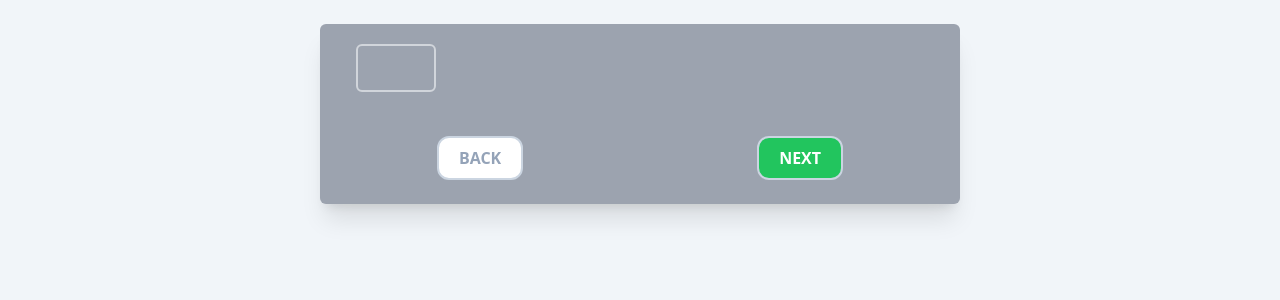
Repository: OmniaRafat232111121/reactstepper
Page: /
An editor plug-in stored every save of this project. The page is shown before and after a run of saves, followed by the edit.
The browser window is 1280 px wide. The pictures show the whole page.
The project was rebuilt for these pictures with package versions that can differ from the ones it lists, and the page was loaded fresh each time. Also part of the build but not shown: src/App.css.

Above is the page before, as saved 2023-02-22 00:01:46.

### src/index.css
@tailwind base;
@tailwind components;
@tailwind utilities;


body {
  background: #f1f5f9;
}

code {
  font-family: source-code-pro, Menlo, Monaco, Consolas, 'Courier New',
    monospace;
}

### src/App.js

import './App.css';
import Stepper from './Component/Stepper';
import StepperControl from './Component/StepperControl';
function App() {
  return (
    <div className="md:w-1/2 mx-auto  rounded-md shadow-xl bg-gray-400 pb-2 mt-5">
     {/*stepper*/}
    <div className='container horizontal mt-5'>
    <Stepper/>
    </div>
     {/*StepperCOntrol*/}
     <StepperControl/>
    </div>
  );
}

export default App;

### src/Component/Stepper.js
import React from 'react'

const Stepper = () => {
  return (
    <div className=' mx-4 my-6 p-5 flex justify-between items-center'>
        <div className='relative flex flex-col items-center text-teal-500'>
        <div className='rounded-full transition duration-200 ease-in-out rounded-md border-2 border-gray-300 h-12 w-20 flex items-center justify-center py-3'>{/* Display number*/ }
        </div>
      <div>
        {/* Display decsription*/ }
      </div>
        <div>
        {/* Display line*/ }
        </div>
        </div>

    </div>
  )
}

export default Stepper

### src/Component/StepperControl.js
import React from 'react'

const StepperControl = () => {
  return (
    <div className='container  flex justify-around mt-5 mb-4'>
       {/*back button*/}
       <button className='bg-white text-slate-400 font-semibold  uppercase px-5 py-2  rounded-xl
       cursor-pointer border-2 border-slate-300 hover:bg-slate-700 hover:text-white transition duration-200 ease-in-out'>
       Back
       </button>
        {/*next button*/}
        <button className='bg-green-500 text-white font-semibold  uppercase px-5 py-2  rounded-xl
        cursor-pointer border-2 border-slate-300 hover:bg-slate-700 hover:text-white transition duration-200 ease-in-out'>
        Next
        </button>
    </div>
  )
}

export default StepperControl

Loaded but not shown: public/index.html (common file); src/index.js (common file); tailwind.config.js (common file)

After the next 2 saves:
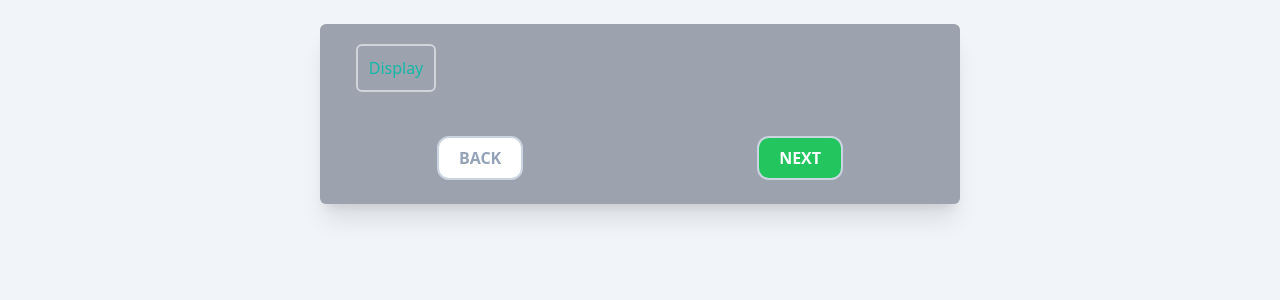
The 2 saves are shown as one change because they came seconds apart.
The last was saved 13 s later.
--- a/src/Component/Stepper.js
+++ b/src/Component/Stepper.js
@@ -5,6 +5,7 @@
     <div className=' mx-4 my-6 p-5 flex justify-between items-center'>
         <div className='relative flex flex-col items-center text-teal-500'>
         <div className='rounded-full transition duration-200 ease-in-out rounded-md border-2 border-gray-300 h-12 w-20 flex items-center justify-center py-3'>{/* Display number*/ }
+        Display
         </div>
       <div>
         {/* Display decsription*/ }

After the 3 saves that followed:
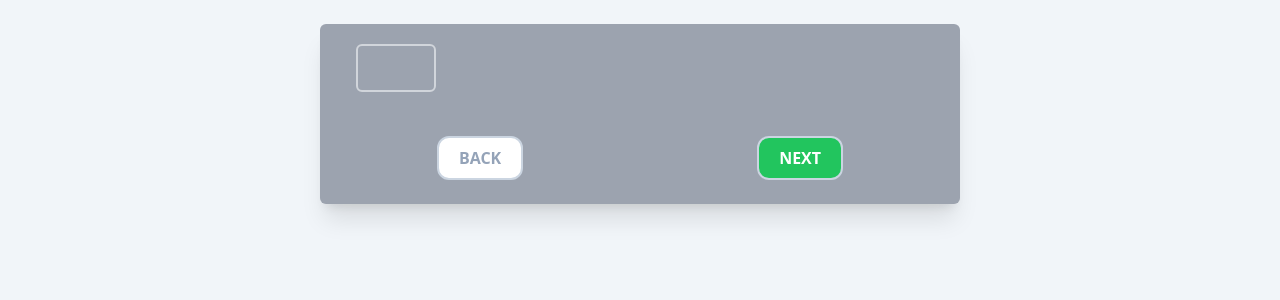
The 3 saves are shown as one change because they came seconds apart.
The last was saved 23 s later.
--- a/src/Component/Stepper.js
+++ b/src/Component/Stepper.js
@@ -5,7 +5,6 @@
     <div className=' mx-4 my-6 p-5 flex justify-between items-center'>
         <div className='relative flex flex-col items-center text-teal-500'>
         <div className='rounded-full transition duration-200 ease-in-out rounded-md border-2 border-gray-300 h-12 w-20 flex items-center justify-center py-3'>{/* Display number*/ }
-        Display
         </div>
       <div>
         {/* Display decsription*/ }
